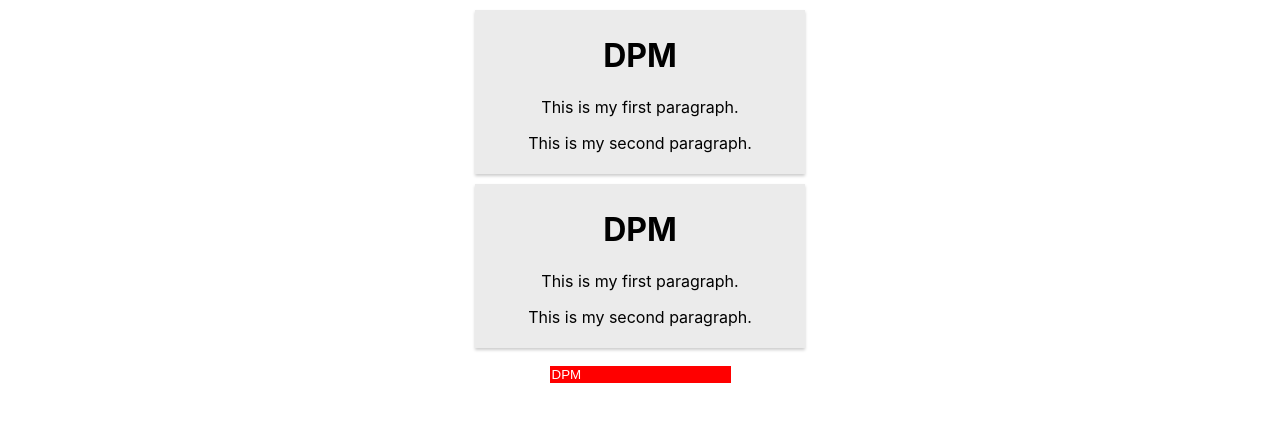
Repository: AidanHak/udemy-react-guide
Page: / (app in base-syntax--assignment-problem/)
An editor plug-in stored every save of this project. The page is shown before and after the next save, followed by the edit.
The browser window is 1280 px wide. The pictures show the whole page.
The project was rebuilt for these pictures with package versions that can differ from the ones it lists, and the page was loaded fresh each time.

Above is the page before, as saved 2020-12-17 19:38:47.

### base-syntax--assignment-problem/src/App.js
import React, { Component } from 'react';
import './App.css';
import UserInput from './UserInput/UserInput';
import UserOutput from './UserOutput/UserOutput';

class App extends Component {
	state = {
		username: 'DPM'
	}

	changeUsernameHandler = (event) => {
		this.setState({
			username: event.target.value
		})
	}

	render() {
		return (
		  <div className="App">
				<UserOutput
					username={this.state.username}></UserOutput>
				<UserOutput
					username={this.state.username}></UserOutput>
				<UserInput
					username={this.state.username}
					usernameChange={this.changeUsernameHandler}></UserInput>
		  </div>
		);
	}
}

export default App;

### base-syntax--assignment-problem/src/UserInput/UserInput.js
import React from 'react';
import './UserInput.css';

const UserInput = (props) => {
	const style = {
		margin:'5px auto'
	}

	return (
		<div className="UserInput" style={style}>
			<input type="text" value={props.username} onChange={props.usernameChange} />
		</div>
	)
}

export default UserInput;

### base-syntax--assignment-problem/src/UserOutput/UserOutput.js
import React from 'react';
import './UserOutput.css';

const UserOutput = (props) => {
	const style = {
		width: '25%',
		padding:'5px',
		margin: '10px auto',
		boxShadow: '0 2px 3px #ccc'
	}

	return (
		<div className="UserOutput" style={style}>
			<h1>{props.username}</h1>
			<p>This is my first paragraph.</p>
			<p>This is my second paragraph.</p>
		</div>
	)
}

export default UserOutput;

### base-syntax--assignment-problem/src/UserInput/UserInput.css
.UserInput {
	width:auto;
	display:inline-block;
}

.UserInput input {
	background-color:red;
	color:white;
	border:1px solid white;
}

### base-syntax--assignment-problem/src/UserOutput/UserOutput.css
.UserOutput {
	background-color:rgb(235, 235, 235);
}

Loaded but not shown: base-syntax--assignment-problem/public/index.html (common file); base-syntax--assignment-problem/src/index.js (common file); base-syntax--assignment-problem/src/index.css (common file); base-syntax--assignment-problem/src/reportWebVitals.js (common file); base-syntax--assignment-problem/src/App.css (common file)

After the next save:
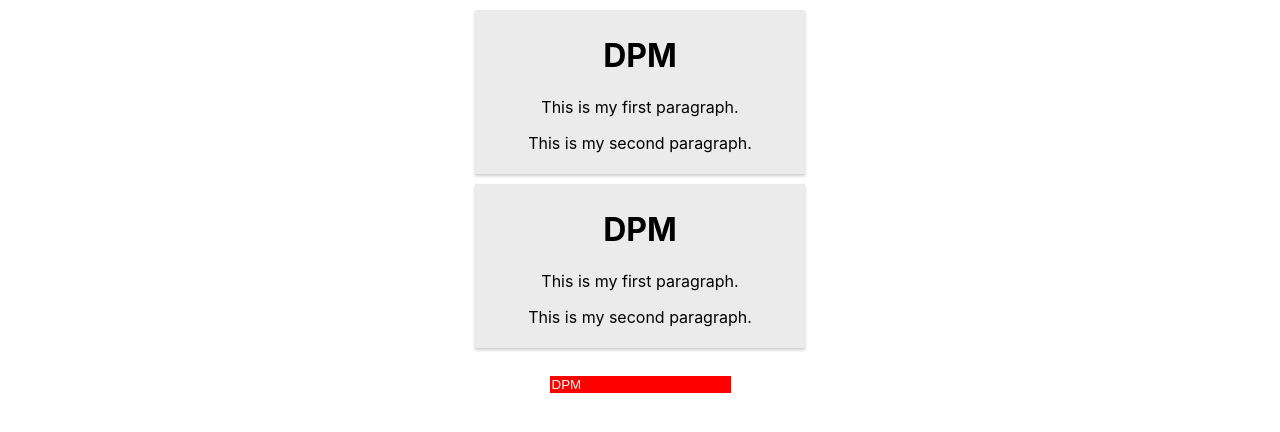
Saved 6 s later.
--- a/base-syntax--assignment-problem/src/UserInput/UserInput.js
+++ b/base-syntax--assignment-problem/src/UserInput/UserInput.js
@@ -3,7 +3,9 @@ import './UserInput.css';
 
 const UserInput = (props) => {
 	const style = {
-		margin:'5px auto'
+		borderRadius:'5px',
+		margin:'5px auto',
+		padding:'10px'
 	}
 
 	return (
